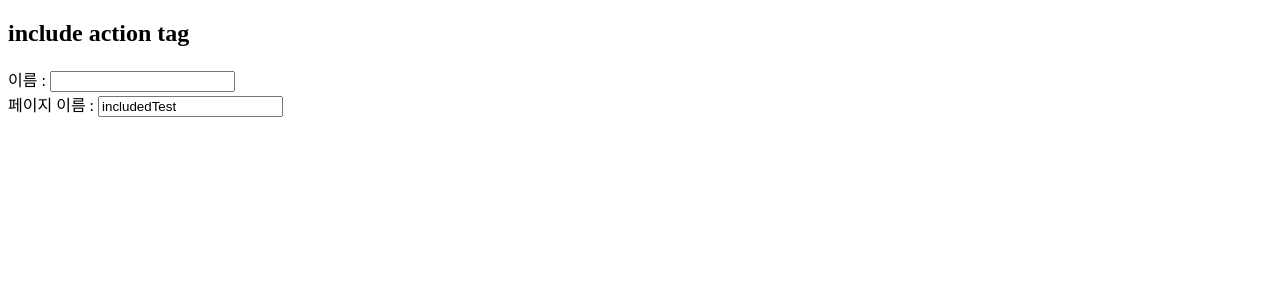
Repository: dongkeyyyy/java
Page: http://localhost/actiontag319/includeTestForm.jsp
The author's editor kept a copy of each file at every save. The page is drawn from the files as they stood at one save, then again after the next save.
The browser window is 1280 px wide. The pictures show the whole page.
The page is served by Tomcat 9.

Above is the page before, as saved 2021-03-19 00:52:57.

### 0318~0319/Java/actiontag319/WebContent/includeTestForm.jsp
<%@ page language="java" contentType="text/html; charset=UTF-8"
    pageEncoding="UTF-8"%>
<!DOCTYPE html>
<html>
<head>
<meta charset="UTF-8">
<title>Insert title here</title>
</head>
<body>
	<h2>include action tag</h2>
	<form method="post" action="include.jsp">
	이름 : <input type="text" name="name"><br>
	페이지 이름 : <input type="text" name="pageName" value="includedTest"><br>
	</form>

</body>
</html>

After the next save:
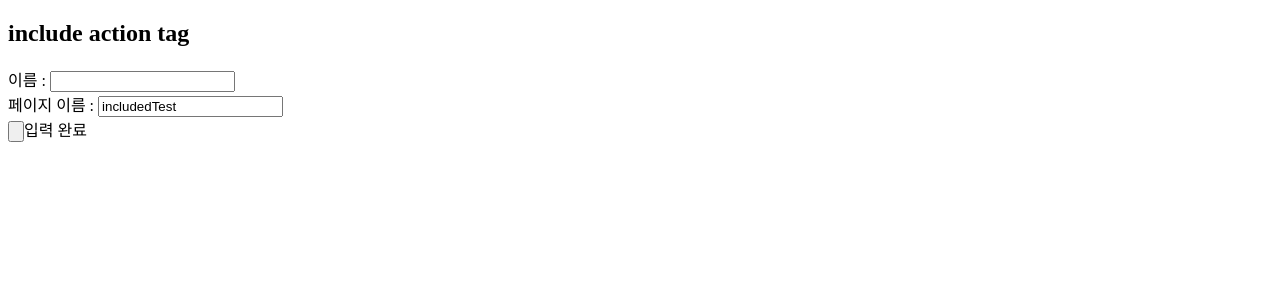
Saved 70 s later.
--- a/0318~0319/Java/actiontag319/WebContent/includeTestForm.jsp
+++ b/0318~0319/Java/actiontag319/WebContent/includeTestForm.jsp
@@ -11,6 +11,7 @@
 	<form method="post" action="include.jsp">
 	이름 : <input type="text" name="name"><br>
 	페이지 이름 : <input type="text" name="pageName" value="includedTest"><br>
+	<input type="button">입력 완료
 	</form>
 
 </body>
